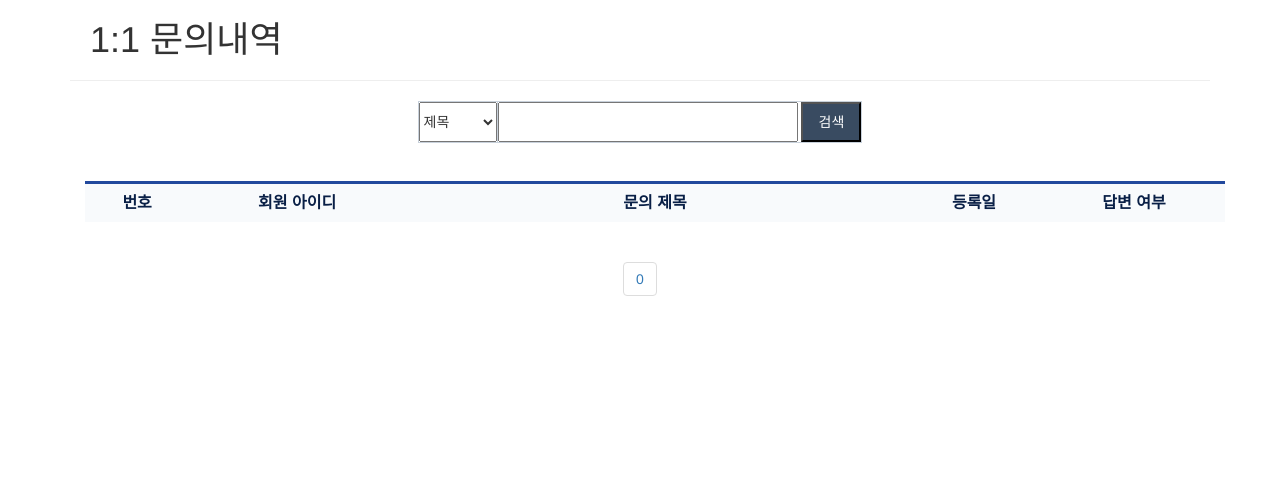
Repository: minsu7426/Movie-Project
Page: http://localhost/Movie-Project/WEB-INF/view/admin/ask/one_on_one_manage.jsp
The author's editor kept a copy of each file at every save. The page is drawn from the files as they stood at one save, then again after the next save.
The browser window is 1280 px wide. The pictures show the whole page.
The page is served by Tomcat 9. Nobody is signed in. The template is opened directly, without the code that normally fills it, so the values that code supplies are empty.

Above is the page before, as saved 2022-07-18 07:48:51.

After the next save:
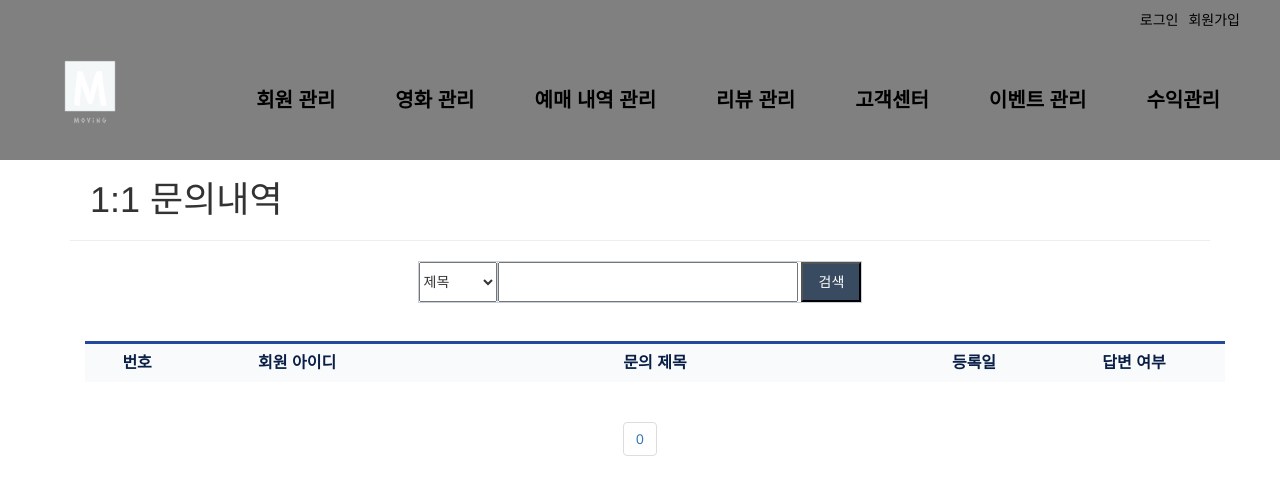
Saved 15 s later.
--- a/Movie-Project/src/main/webapp/WEB-INF/view/include/admin_menu.jsp
+++ b/Movie-Project/src/main/webapp/WEB-INF/view/include/admin_menu.jsp
@@ -82,6 +82,45 @@
     }
 </style>
 <body>
-
+ <!--  menu start -->
+    <nav class="menu">
+        <div class="menu-top">
+            <ul>
+                <li><a href="">로그인</a></li>
+                <li><a href="">회원가입</a></li>
+            </ul>
+        </div>
+        <div class="menu-bottom">
+            <div>
+                <img src="/resources/images/logo_transparent.png" alt="로고" width="100px">
+            </div>
+            <div>
+                <ul>
+                    <li><a href="">회원 관리</a></li>
+                    <li><a href="">영화 관리</a></li>
+                    <li><a href="">예매 내역 관리</a></li>
+                    <li><a href="">리뷰 관리</a></li>
+                    <li><a href="">고객센터</a>
+                        <ul>
+                            <li><a href="">공지 사항</a></li>
+                            <li><a href="">1:1 문의</a></li>
+                        </ul>
+                    </li>
+                    <li><a href="">이벤트 관리</a>
+                        <ul>
+                            <li><a href="">이벤트</a></li>
+                            <li><a href="">쿠폰</a></li>
+                        </ul>
+                    </li>
+                    <li><a href="">수익관리</a>
+                        <ul>
+                            <li><a href="">영화별 수익</a></li>
+                            <li><a href="">월간 수익</a></li>
+                        </ul>
+                    </li>
+                </ul>
+            </div>
+        </div>
+    </nav>
 </body>
 </html>
